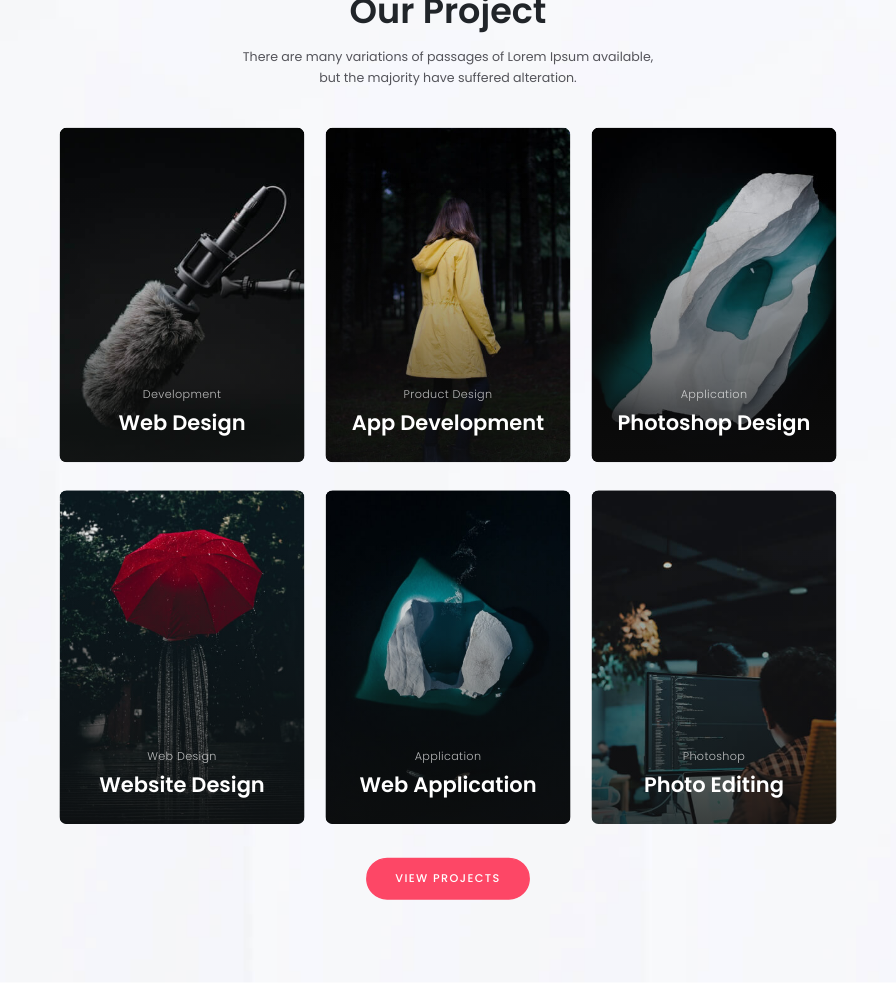
Repository: minhtrivu6199/imroz
Page: index.html
These files come from the project's save history. The page is drawn as it stood at one moment and after the next save; the edit follows.
The browser window is 1280 px wide. The pictures show the part of the page from y = 2005 to 3925 px (the page is 3411 px tall before and 3925 px after), at 70% of full size.

Above is the page before, as saved 2022-09-19 18:05:58.

After the next save:
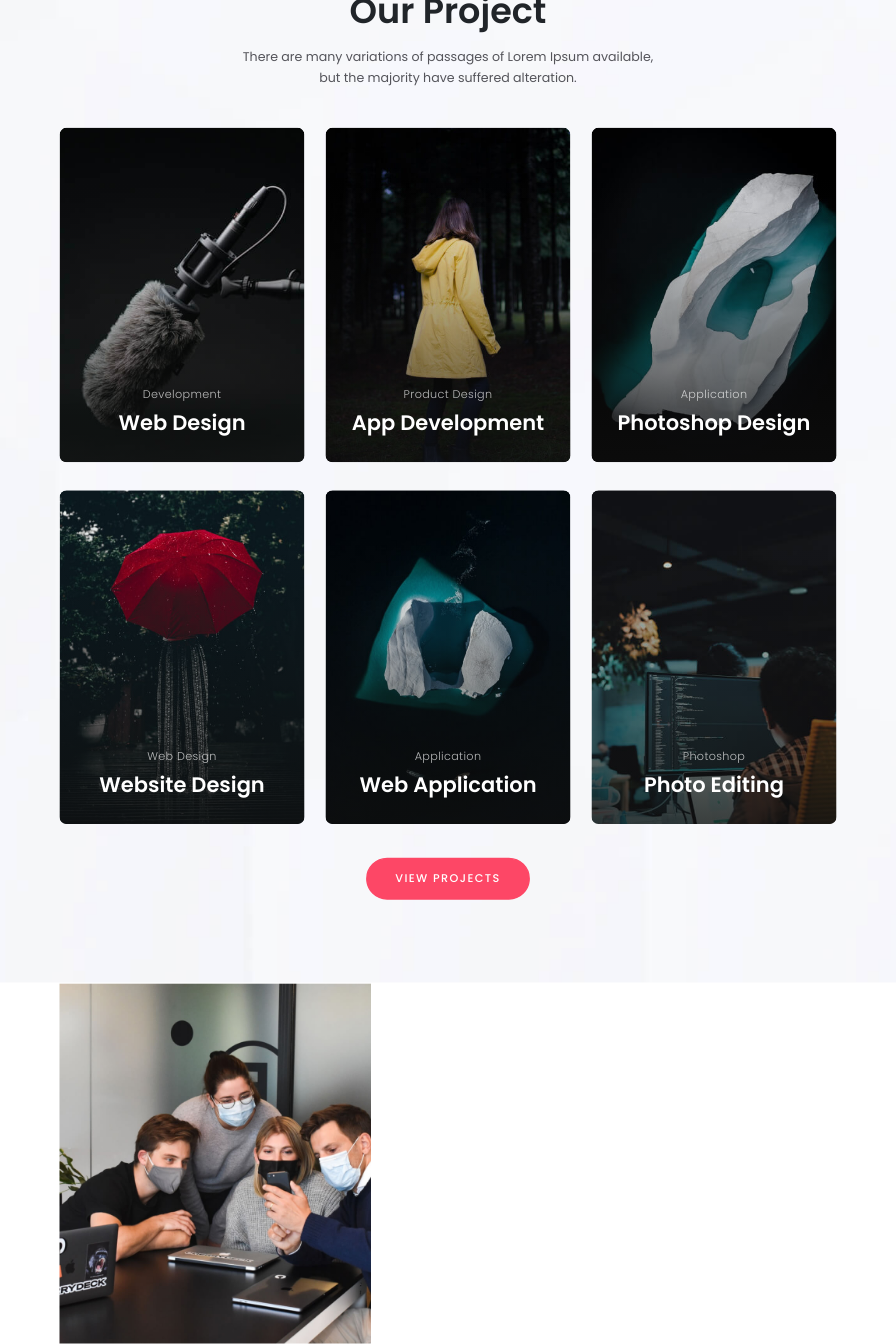
Saved 3 min 12 s later.
--- a/index.html
+++ b/index.html
@@ -716,7 +716,19 @@
     <!-- END PROJECT -->
 
     <!-- ABOUT -->
-    <section class="about"></section>
+    <section class="about">
+      <div class="about-wrapper">
+        <div class="container">
+          <div class="row">
+            <div class="col-lg-5">
+              <div class="thumbnail">
+                <img src="./img/about-3.jpg" alt="" class="w-100">
+              </div>
+            </div>
+          </div>
+        </div>
+      </div>
+    </section>
     <!-- END ABOUT -->
 
     <!-- BLOG -->
